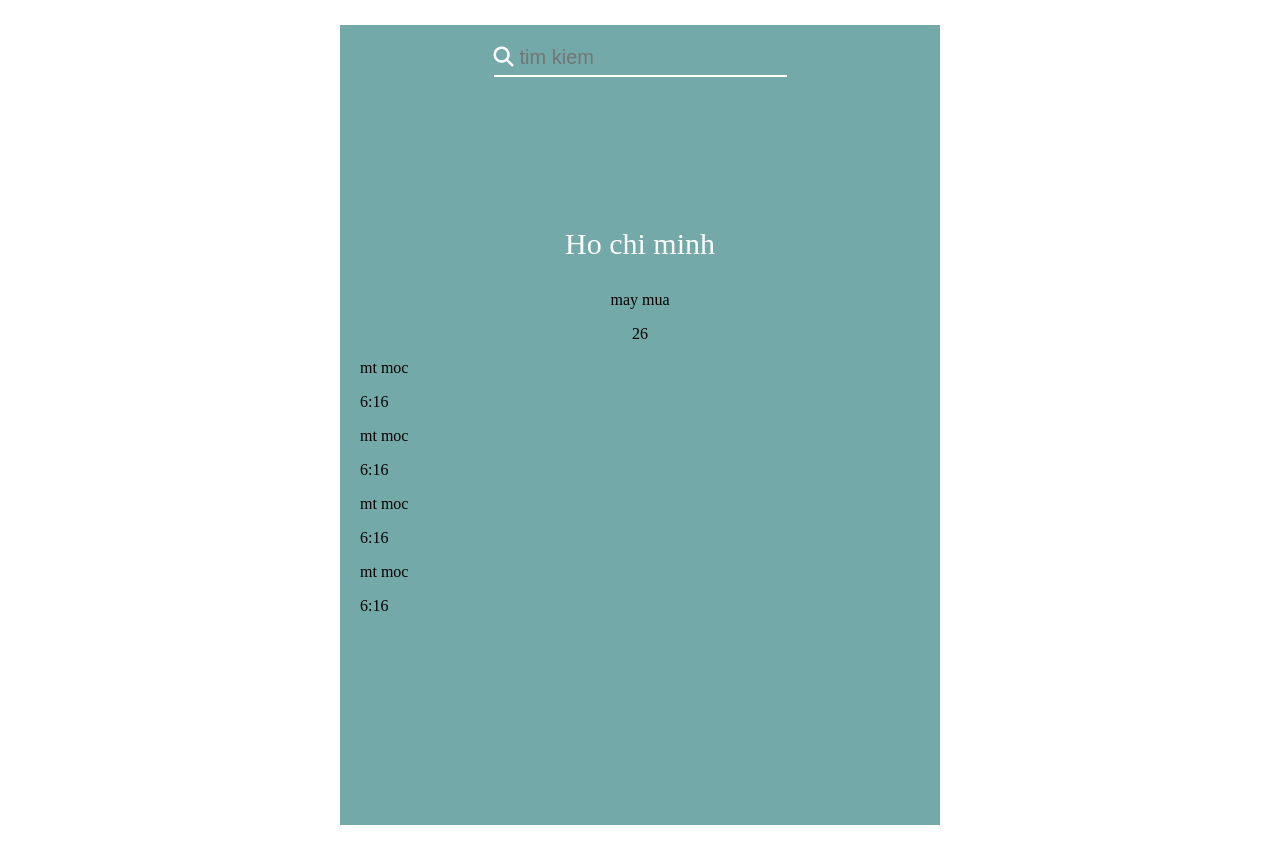
Repository: tienbkvn0605/weatherApp
Page: index.html
An editor plug-in stored every save of this project. The page is shown before and after the next save, followed by the edit.
The browser window is 1280 px wide. The pictures show the whole page.

Above is the page before, as saved 2022-10-05 16:50:35.

After the next save:
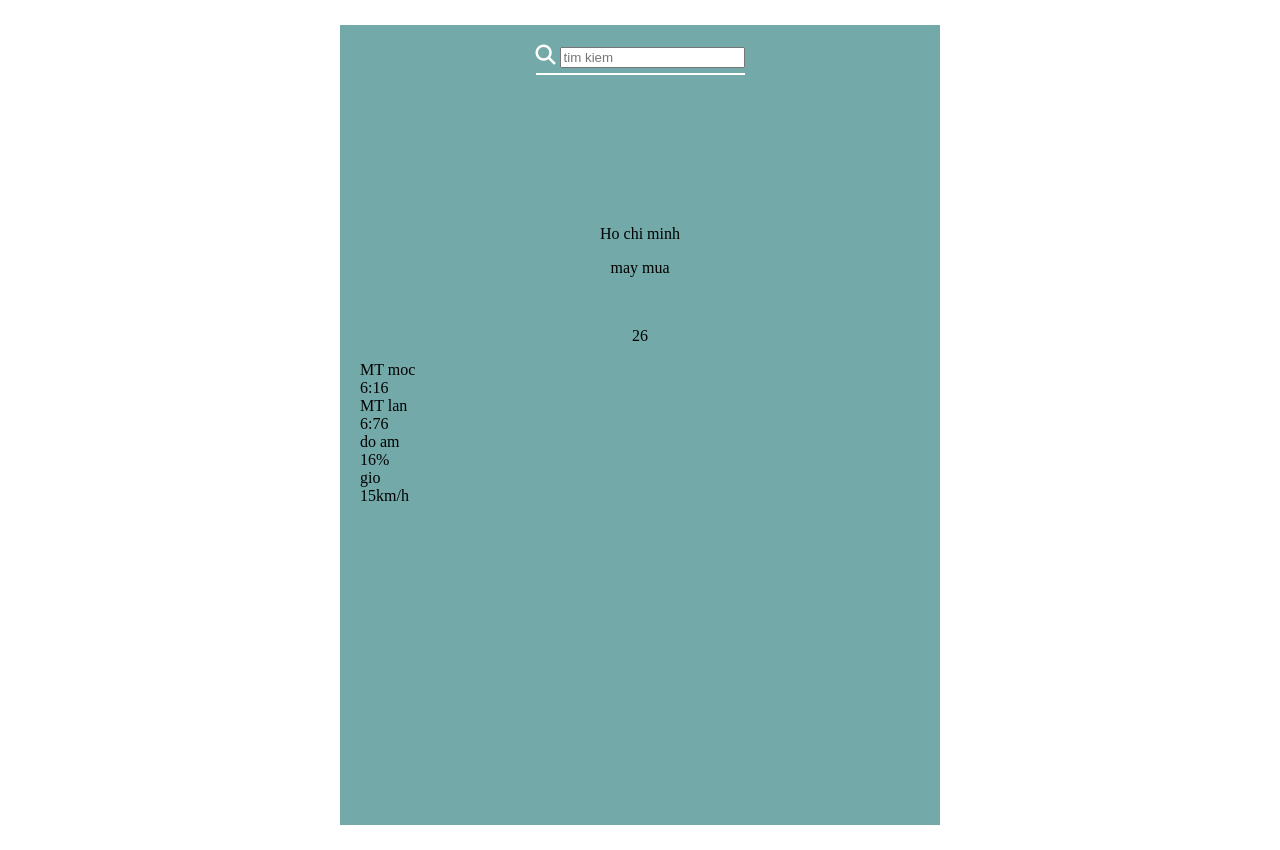
Saved 6 h 28 min later.
--- a/index.html
+++ b/index.html
@@ -19,25 +19,38 @@
       <div class="main-section">
         <div class="search-bar">
           <i class="fa fa-search" aria-hidden="true"></i>
-          <input type="text" placeholder="tim kiem" class="search-input" />
+          <input
+            type="text"
+            placeholder="tim kiem"
+            id="search-input"
+            name="serch-city"
+          />
         </div>
-        <p class="name-city">Ho chi minh</p>
-        <p class="desc">may mua</p>
-        <div class="status-icon"></div>
+        <p class="city-name">Ho chi minh</p>
+        <p class="weather-state">may mua</p>
+        <img src="" alt="" />
         <p class="template">26</p>
       </div>
       <div class="additional-section">
-        <div class="colum">
-          <div class="title">mt moc</div>
-          <p class="time">6:16</p>
-          <div class="title">mt moc</div>
-          <p class="time">6:16</p>
+        <div class="row">
+          <div class="item">
+            <div class="lable">MT moc</div>
+            <div class="value">6:16</div>
+          </div>
+          <div class="item">
+            <div class="lable">MT lan</div>
+            <div class="value">6:76</div>
+          </div>
         </div>
-        <div class="colum">
-          <div class="title">mt moc</div>
-          <p class="time">6:16</p>
-          <div class="title">mt moc</div>
-          <p class="time">6:16</p>
+        <div class="row">
+          <div class="item">
+            <div class="lable">do am</div>
+            <div class="value">16%</div>
+          </div>
+          <div class="item">
+            <div class="lable">gio</div>
+            <div class="value">15km/h</div>
+          </div>
         </div>
       </div>
     </div>
